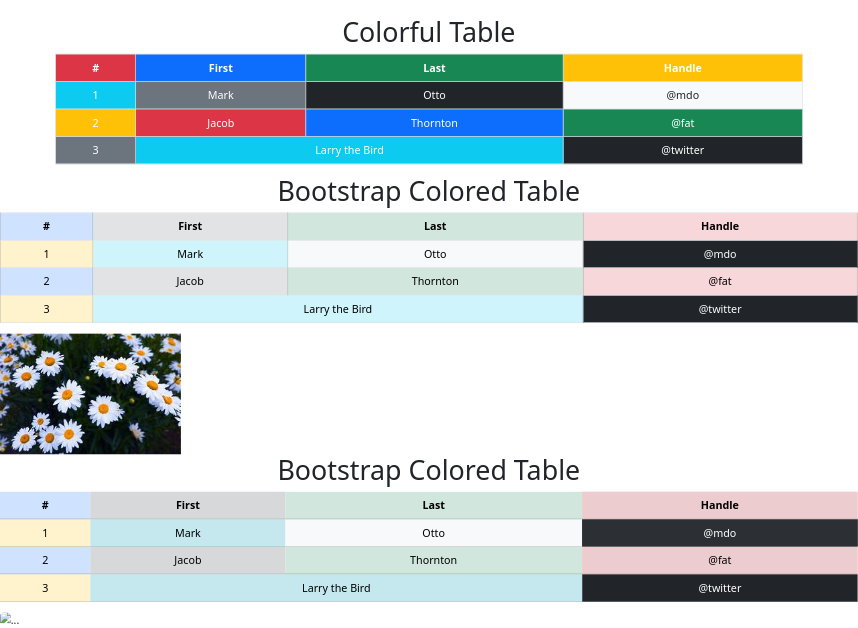
Repository: arunyerram/Web-TEChnologies
Page: BootstrapTables.html
The author's editor kept a copy of each file at every save. The page is drawn from the files as they stood at one save, then again after the next save.
The browser window is 1280 px wide. The pictures show the whole page, at 67% of full size.

Above is the page before, as saved 2025-02-22 11:38:24.

### BootstrapTables.html
<!DOCTYPE html>
<html lang="en">
<head>
    <meta charset="UTF-8">
    <meta name="viewport" content="width=device-width, initial-scale=1.0">
    <title>Colorful Table</title>
    <link href="https://cdn.jsdelivr.net/npm/bootstrap@5.3.3/dist/css/bootstrap.min.css" rel="stylesheet">
    <script src="https://cdn.jsdelivr.net/npm/bootstrap@5.3.3/dist/js/bootstrap.bundle.min.js"></script>
    <style>
        table {
            border-collapse: collapse;
            width: 100%;
        }
        th, td {
            padding: 10px;
            text-align: center;
        }
        .table-custom th, .table-custom td {
            color: white;
        }
    </style>
</head>
<body>
    <div class="container mt-4">
        <h1 class="text-center">Colorful Table</h1>
        <table class="table table-bordered table-custom">
            <thead>
                <tr>
                    <th class="bg-danger">#</th>
                    <th class="bg-primary">First</th>
                    <th class="bg-success">Last</th>
                    <th class="bg-warning">Handle</th>
                </tr>
            </thead>
            <tbody>
                <tr>
                    <td class="bg-info">1</td>
                    <td class="bg-secondary">Mark</td>
                    <td class="bg-dark">Otto</td>
                    <td class="bg-light text-dark">@mdo</td>
                </tr>
                <tr>
                    <td class="bg-warning">2</td>
                    <td class="bg-danger">Jacob</td>
                    <td class="bg-primary">Thornton</td>
                    <td class="bg-success">@fat</td>
                </tr>
                <tr>
                    <td class="bg-secondary">3</td>
                    <td class="bg-info" colspan="2">Larry the Bird</td>
                    <td class="bg-dark">@twitter</td>
                </tr>
            </tbody>
        </table>
    </div>


    <h1 class="text-center">Bootstrap Colored Table</h1>
        <table class="table table-bordered">
            <thead>
                <tr>
                    <th class="table-primary">#</th>
                    <th class="table-secondary">First</th>
                    <th class="table-success">Last</th>
                    <th class="table-danger">Handle</th>
                </tr>
            </thead>
            <tbody>
                <tr>
                    <td class="table-warning">1</td>
                    <td class="table-info">Mark</td>
                    <td class="table-light">Otto</td>
                    <td class="table-dark text-white">@mdo</td>
                </tr>
                <tr>
                    <td class="table-primary">2</td>
                    <td class="table-secondary">Jacob</td>
                    <td class="table-success">Thornton</td>
                    <td class="table-danger">@fat</td>
                </tr>
                <tr>
                    <td class="table-warning">3</td>
                    <td class="table-info" colspan="2">Larry the Bird</td>
                    <td class="table-dark text-white">@twitter</td>
                </tr>
            </tbody>
        </table>
        <img src="./image.jpg" class="img-fluid" alt="...">
        <h1 class="text-center">Bootstrap Colored Table</h1>
        <table class="table table-dark table-striped-columns">
            <thead>
                <tr>
                    <th class="table-primary">#</th>
                    <th class="table-secondary">First</th>
                    <th class="table-success">Last</th>
                    <th class="table-danger">Handle</th>
                </tr>
            </thead>
            <tbody>
                <tr>
                    <td class="table-warning">1</td>
                    <td class="table-info">Mark</td>
                    <td class="table-light">Otto</td>
                    <td class="table-dark text-white">@mdo</td>
                </tr>
                <tr>
                    <td class="table-primary">2</td>
                    <td class="table-secondary">Jacob</td>
                    <td class="table-success">Thornton</td>
                    <td class="table-danger">@fat</td>
                </tr>
                <tr>
                    <td class="table-warning">3</td>
                    <td class="table-info" colspan="2">Larry the Bird</td>
                    <td class="table-dark text-white">@twitter</td>
                </tr>
            </tbody>
        </table>

        <img src="" class="rounded mx-auto d-block" alt="...">
</body>
</html>

After the next save:
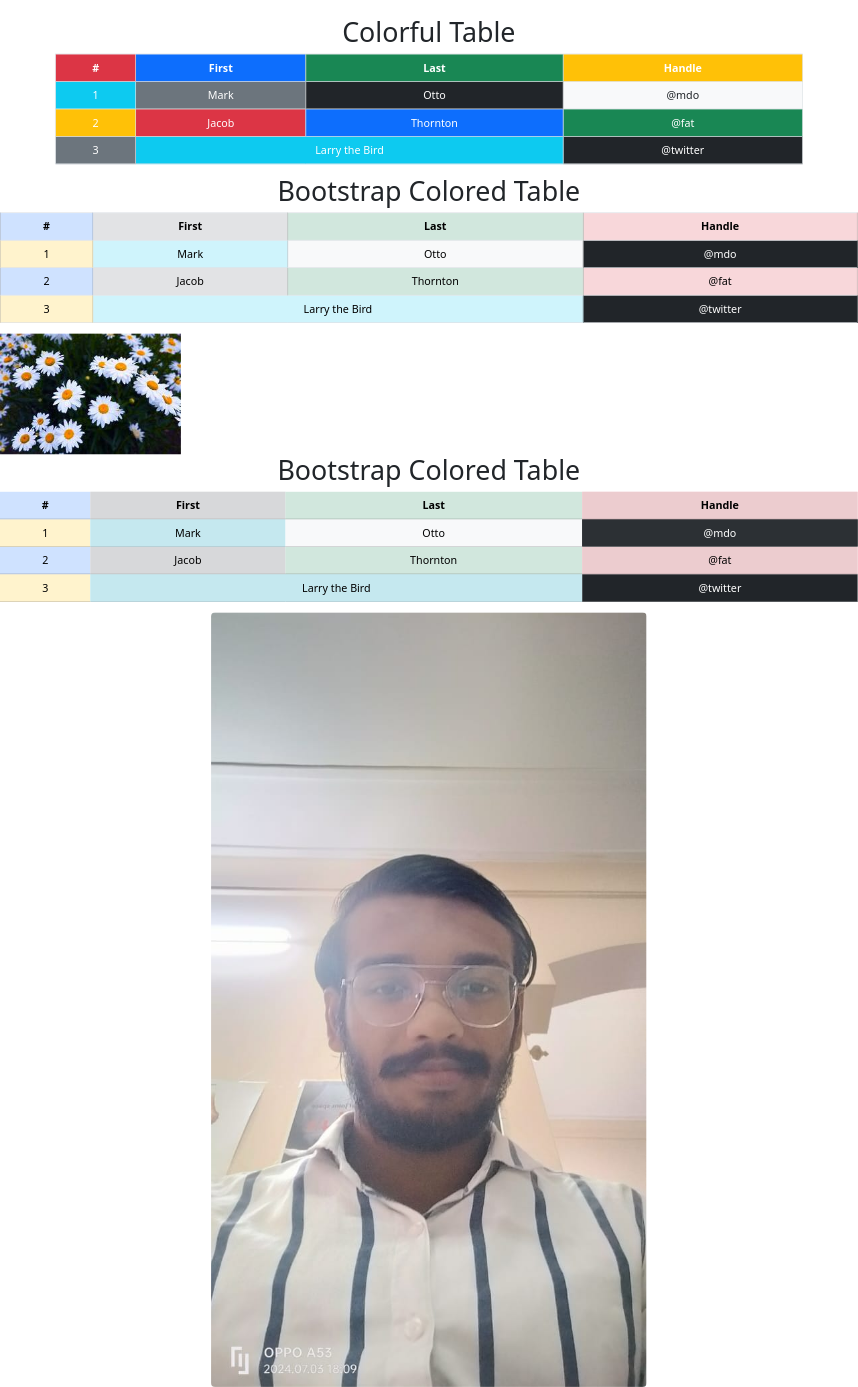
Saved 4 s later.
--- a/BootstrapTables.html
+++ b/BootstrapTables.html
@@ -117,6 +117,6 @@
             </tbody>
         </table>
 
-        <img src="" class="rounded mx-auto d-block" alt="...">
+        <img src="Arun.jpg" class="rounded mx-auto d-block" alt="...">
 </body>
 </html>
